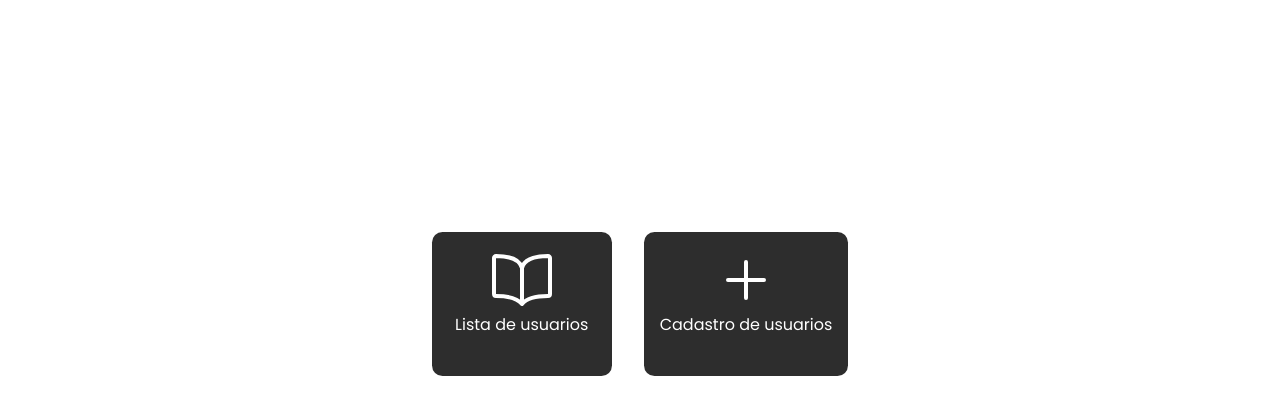
Repository: BeatrizFloriano96/myPagesSpeedLog
Page: html/usuarios.html
An editor plug-in stored every save of this project. The page is shown before and after the next save, followed by the edit.
The browser window is 1280 px wide. The pictures show the whole page.

Above is the page before, as saved 2022-01-29 13:16:42.

After the next save:
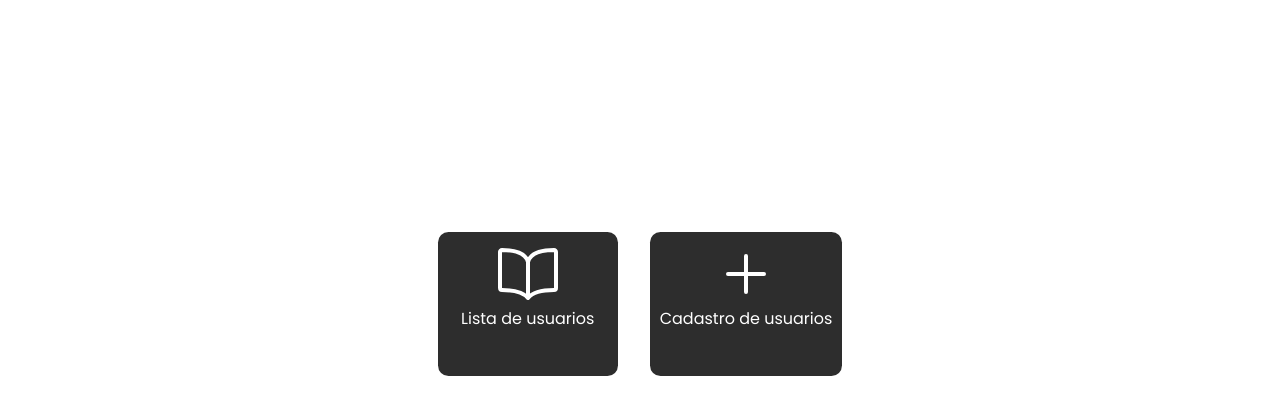
Saved 32 s later.
--- a/css/usuarios.css
+++ b/css/usuarios.css
@@ -15,7 +15,7 @@
         min-height: 20vh;
         min-width: 25vh;
         margin: 1rem;
-        padding: 1rem;
+        padding: 10px;
         border-radius: 10.5px;
         text-align: center;
 
